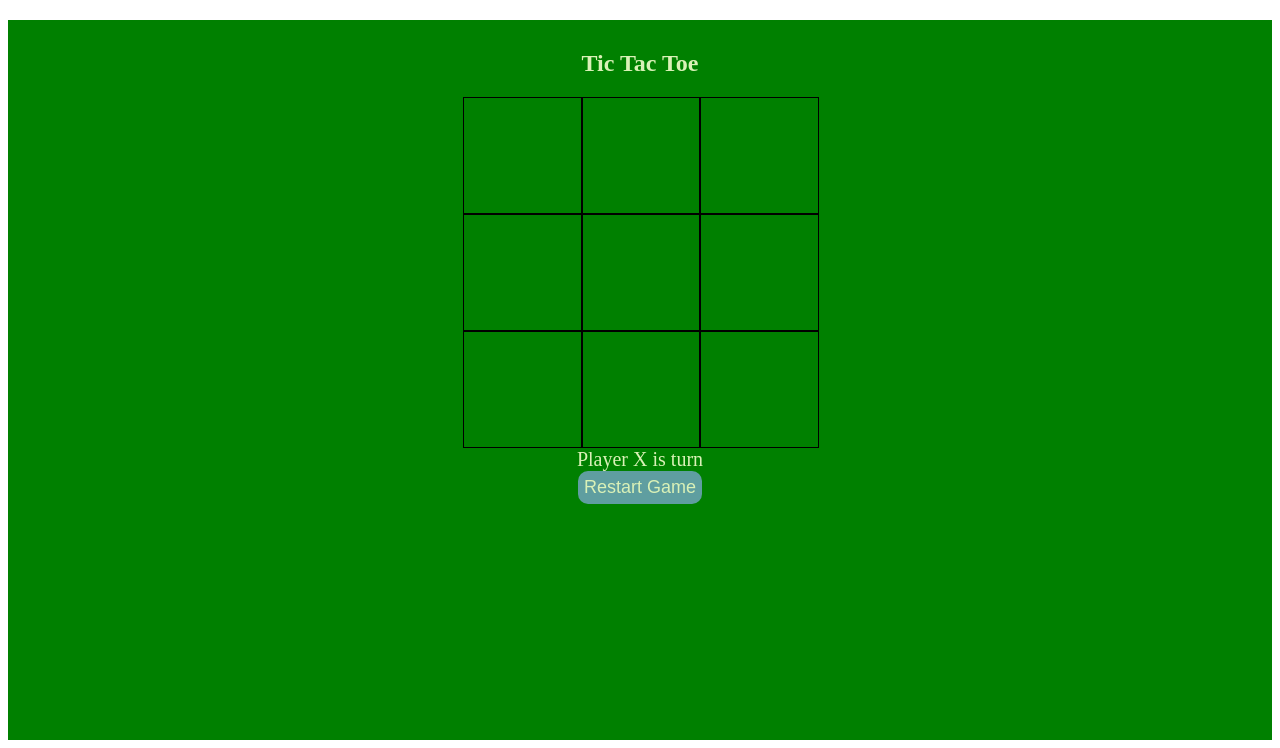
Repository: AnahitKhechumyan/tictac
Page: index.html
The author's editor kept a copy of each file at every save. The page is drawn from the files as they stood at one save, then again after the next save.
The browser window is 1280 px wide. The pictures show the whole page.

Above is the page before, as saved 2022-02-07 01:03:19.

After the next save:
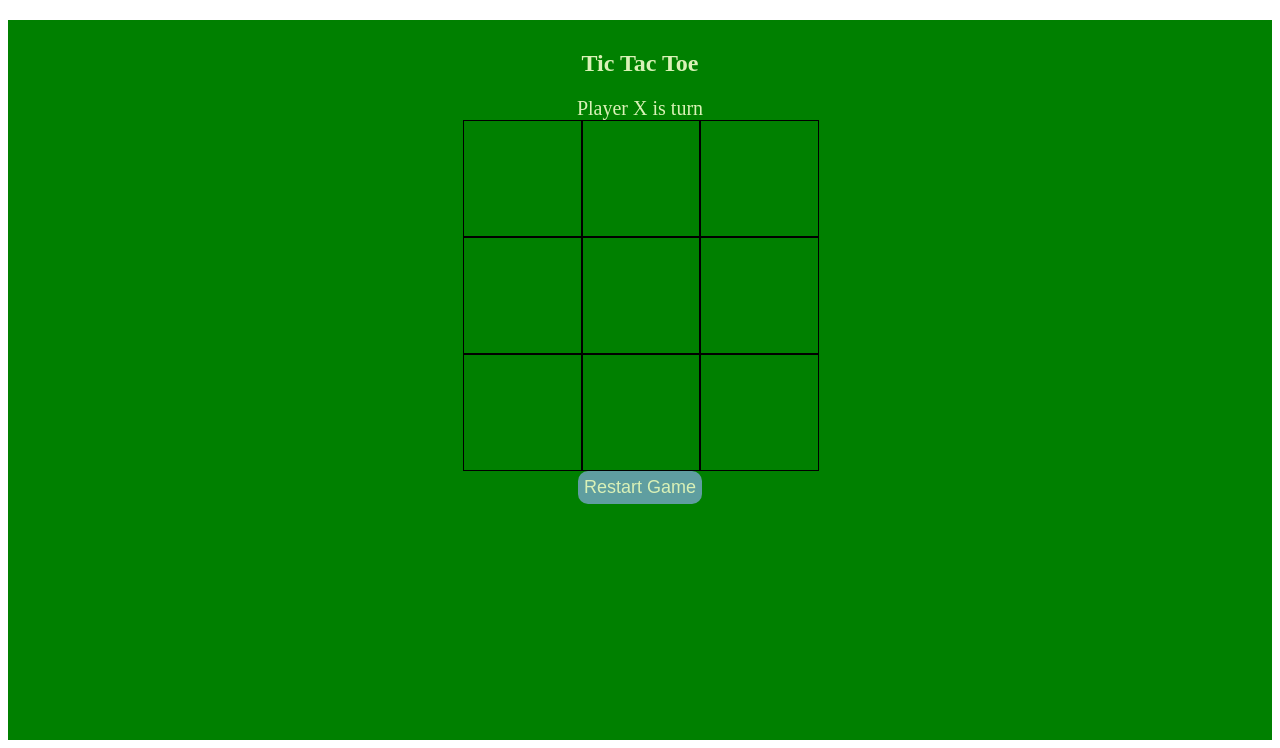
Saved 6 min 5 s later.
--- a/index.html
+++ b/index.html
@@ -11,6 +11,7 @@
 <body>
     <main class= "green">
         <section class="title"><h1>Tic Tac Toe</h1></section>
+        <section class="display">Player <span class = "display-player playerX"> X </span> is turn</section>
         <section class="container">
             <div class= "box"></div>
             <div class= "box"></div>
@@ -22,7 +23,7 @@
             <div class= "box"></div>
             <div class= "box"></div>
         </section>
-        <section class="display">Player <span class = "display-player playerX"> X </span> is turn</section>
+
         <section class="display speacker hide"></section>
         <section class="controls">
             <button id = "restart">Restart Game</button>
